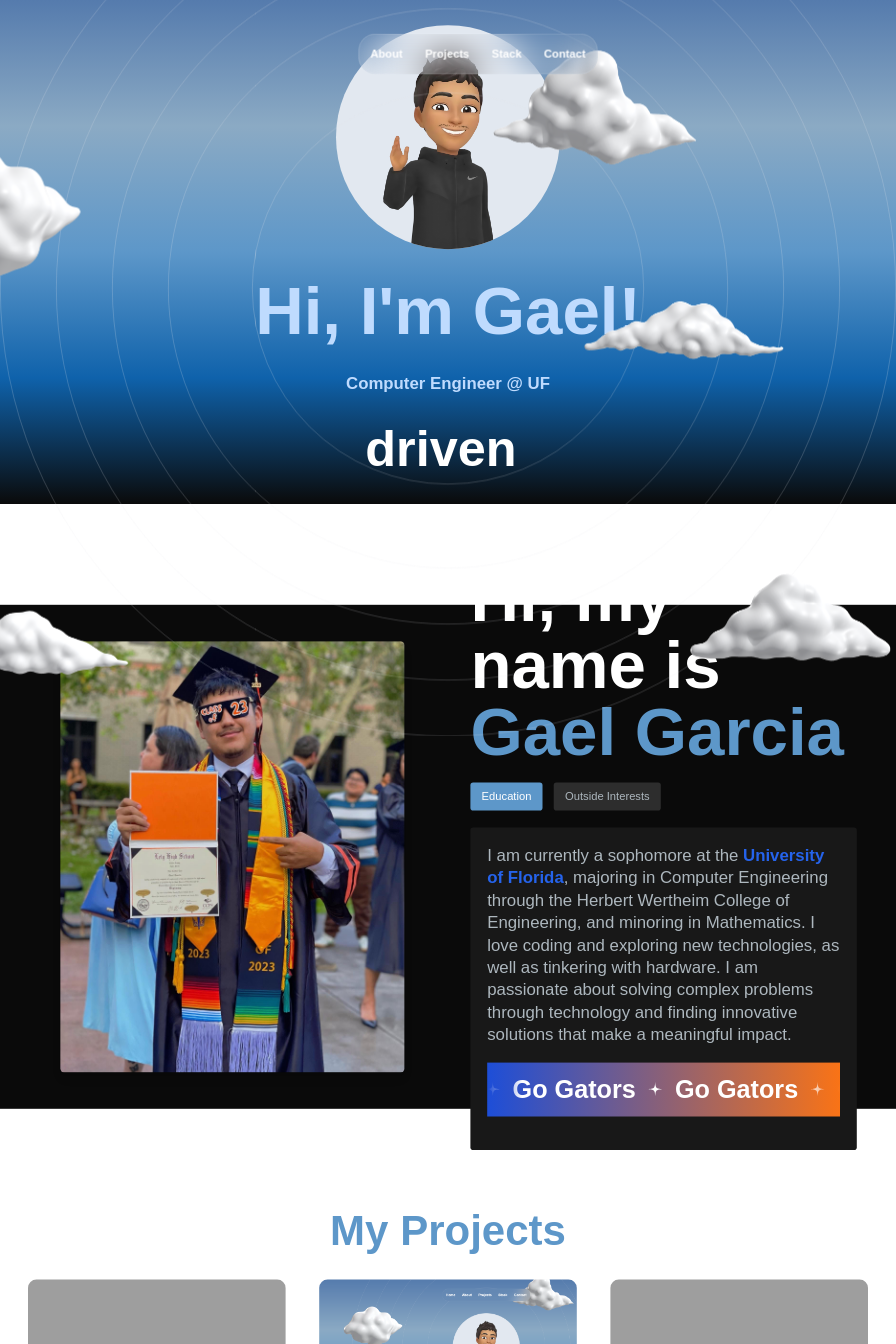
Repository: GG1627/2d-portfolio
Page: /
These files come from the project's save history. The page is drawn as it stood at one moment and after the next save; the edit follows.
The browser window is 1280 px wide. The pictures show the part of the page from y = 0 to 1920 px (the page is 5832 px tall), at 70% of full size.
Pictures or frames that could not be fetched are drawn as grey boxes. The project was rebuilt for these pictures with package versions that can differ from the ones it lists, and the page was loaded fresh each time. The framework's server and built-in components were replaced by stand-ins that run in the browser. Also part of the build but not shown: next.config.ts.

Above is the page before, as saved 2025-01-08 13:53:07.

### app/page.tsx
import { Hero } from "./sections/Hero";
import { Stack } from "./sections/Stack";
import { Projects } from "./sections/Projects";
import { Navbar } from "./sections/Navbar";
import About from "./sections/About";
import { Contact } from "./sections/Contact";

export default function Home() {
  return (
    <div>
      <Navbar />
      <Hero />
      <About />
      <Projects />
      <Stack />
      <Contact />
    </div>
  );
}

### app/globals.css
@tailwind base;
@tailwind components;
@tailwind utilities;

:root {
  --background: #ffffff;
  --foreground: #171717;
}

@media (prefers-color-scheme: dark) {
  :root {
    --background: #0a0a0a;
    --foreground: #ededed;
  }
}

body {
  color: var(--foreground);
  background: var(--background);
  font-family: Arial, Helvetica, sans-serif;
}

/* Custom Animation for Sliding Text */
@keyframes move-left {
  0% {
    transform: translateX(0%);
  }
  100% {
    transform: translateX(-50%);
  }
}

.animate-slide-left {
  animation: move-left 10s linear infinite;
}

### app/sections/Hero.tsx
"use client";
import Image from "next/image";
import { TypeAnimation } from "react-type-animation";
import React from "react";
import ParallaxClouds from "../components/Clouds";
import Avatar from "./../assets/avatar.png";

export const Hero = () => {
  return (
    <div
      style={{
        background:
          "linear-gradient(180deg, #557BAD, #8BAAC4, #5D97C9, #0F62AB, #0a0a0a)",
      }}
      className="overflow-x-clip min-h-screen pb-2 flex items-center justify-center relative"
      id="Home"
    >
      <div className="container mx-auto space-y-10 flex items-center justify-center flex-col text-center">
        <div className="w-[320px] h-[320px] rounded-full overflow-hidden bg-slate-200">
          <Image
            src={Avatar}
            alt="avatar"
            className="object-cover"
            width={320}
            height={320}
          />
        </div>
        <h1 className="text-blue-200 font-extrabold text-8xl">Hi, I'm Gael!</h1>
        <p className="text-blue-200 text-2xl font-semibold max-w-[500px]">
          Computer Engineer @ UF
        </p>
        <TypeAnimation
          className="text-7xl text-white inline-block font-extrabold"
          wrapper="h1"
          cursor={true}
          repeat={Infinity}
          sequence={[
            "leader",
            1000,
            "creative",
            1000,
            "passionate",
            1000,
            "driven",
            1000,
            "adaptable",
            1000,
            "ambitious",
            1000,
          ]}
        />
        <ParallaxClouds />
      </div>
    </div>
  );
};

### app/sections/Stack.tsx
"use client";
import React, { useEffect } from "react";
import {
  SiReact,
  SiNodedotjs,
  SiCplusplus,
  SiPython,
  SiThreedotjs,
  SiNextdotjs,
  SiFirebase,
  SiRedux,
  SiJavascript,
  SiTypescript,
} from "react-icons/si";
import { motion, useAnimation } from "framer-motion";
import { useInView } from "react-intersection-observer";

const stackItems = [
  {
    id: 1,
    name: "C++",
    icon: <SiCplusplus size={100} />,
    color: "text-sky-400",
  },
  {
    id: 2,
    name: "Python",
    icon: <SiPython size={100} />,
    color: "text-sky-400",
  },
  {
    id: 3,
    name: "JavaScript",
    icon: <SiJavascript size={100} />,
    color: "text-sky-400",
  },
  {
    id: 4,
    name: "TypeScript",
    icon: <SiTypescript size={100} />,
    color: "text-sky-400",
  },
  {
    id: 5,
    name: "React",
    icon: <SiReact size={100} />,
    color: "text-sky-400",
  },
  {
    id: 6,
    name: "Node.js",
    icon: <SiNodedotjs size={100} />,
    color: "text-sky-400",
  },
  {
    id: 7,
    name: "Three.js",
    icon: <SiThreedotjs size={100} />,
    color: "text-sky-400",
  },
  {
    id: 8,
    name: "Next.js",
    icon: <SiNextdotjs size={100} />,
    color: "text-sky-400",
  },
  {
    id: 9,
    name: "Firebase",
    icon: <SiFirebase size={100} />,
    color: "text-sky-400",
  },
  {
    id: 10,
    name: "Redux",
    icon: <SiRedux size={100} />,
    color: "text-sky-400",
  },
];

const itemVariants = {
  hidden: (index: number) => ({
    opacity: 0,
    x: index % 2 === 0 ? -100 : 100,
  }),
  visible: {
    opacity: 1,
    x: 0,
    transition: {
      duration: 3,
    },
  },
};

export const Stack = () => {
  const controls = useAnimation();
  const [ref, inView] = useInView({
    threshold: 0.1,
  });

  useEffect(() => {
    if (inView) {
      controls.start("visible");
    } else {
      controls.start("hidden");
    }
  }, [controls, inView]);

  return (
    <section className="" id="Stack">
      <div className=" max-w-[250px] mx-auto text-center">
        <h2 className="text-7xl text-gray-200 font-bold mb-10">My Stack</h2>
        <div className="grid gap-8" ref={ref}>
          {stackItems.map((item, index) => (
            <motion.div
              key={item.id}
              custom={index}
              initial="hidden"
              animate={controls}
              variants={itemVariants}
              className="bg-white/10 flex justify-center items-center flex-row rounded-xl shadow-lg p-4 hover:shadow-2xl"
            >
              <div className={`mb-4 ${item.color}`}>{item.icon}</div>
              <p className="text-white/20 text-3xl transform rotate-[-90deg]">
                {item.name}
              </p>
            </motion.div>
          ))}
        </div>
      </div>
    </section>
  );
};

### app/sections/Projects.tsx
import React from "react";
import ProjectCard from "../components/ProjectCard";

const projectsData = [
  {
    id: 1,
    title: "3D Portfolio",
    description:
      "An immersive, fully interactive 3D portfolio that seamlessly integrates 2D elements, providing a dynamic and engaging experience for users to explore the app in a visually compelling environment.",
    image: "images/netflix.png",
    tag: ["All", "Web"],
    gitUrl: "/",
    previewUrl: "/",
    tools: [
      "TypeScript",
      "React",
      "React-Three-Fiber",
      "Three.js",
      "GSAP",
      "HTML",
      "CSS",
    ],
  },
  {
    id: 2,
    title: "2D Portfolio",
    description:
      "A dynamic portfolio featuring engaging animations, designed to serve as a 2D component within my 3D portfolio project.",
    image: "images/two-portfolio.png",
    tag: ["All", "Web"],
    gitUrl: "/",
    previewUrl: "/",
    tools: [
      "TypeScript",
      "React",
      "Next.js",
      "Framer Motion",
      "Parallax",
      "HTML",
      "Tailwind CSS",
      "Vercel",
    ],
  },
  {
    id: 3,
    title: "Netflix Clone",
    description:
      "Developed a fully functional Netflix clone with user authentication, movie browsing, subscription management, and recurring payments, delivering an immersive streaming experience.",
    image: "images/netflix.png",
    tag: ["All", "Web"],
    gitUrl: "https://github.com/GG1627/Netflix-clone",
    previewUrl: "https://movieappv2-8361c.web.app/",
    tools: [
      "JavaScript",
      "React",
      "Redux",
      "Firebase",
      "Stripe",
      "API",
      "HTML",
      "CSS",
    ],
  },
  {
    id: 4,
    title: "Game Twin",
    description:
      "Developed a web application that uses Quick Sort and Cocktail Sort algorithms to provide personalized video game recommendations based on parameters such as Metacritic ratings and achievements, leveraging a dataset of over 470,000 games.",
    image: "images/gameTwin.png",
    tag: ["All", "Web"],
    gitUrl: "https://github.com/GG1627/Game-Twin",
    previewUrl: "https://game-twin.onrender.com/",
    tools: ["C++", "Python", "Django", "Flask", "HTML", "CSS"],
  },
  {
    id: 5,
    title: "Manim Data Structures",
    description:
      "Collaborating on an open-source project to develop a Python plugin with the Manim library for animating and visualizing data structures, enhancing the understanding of complex algorithms.",
    image: "images/manim.png",
    tag: ["All", "Web"],
    gitUrl: "https://github.com/ufosc/manim-data-structures",
    previewUrl: "",
    tools: ["Python", "Manim", "Mobjects"],
  },
  {
    id: 6,
    title: "Minesweeper",
    description:
      "Recreated the classic Minesweeper game with full functionality, including a timer, mine count, flag placement, and leaderboard, offering an engaging and complete user experience.",
    image: "images/minesweeper.png",
    tag: ["All", "Web"],
    gitUrl: "https://github.com/GG1627/MineSweeper",
    previewUrl: "",
    tools: ["C++", "SFML", "Chronos"],
  },
];

export const Projects = () => {
  return (
    <>
      <h2
        className="text-center text-6xl font-bold text-[#5D97C9] mt-4 mb-10"
        id="Projects"
      >
        My Projects
      </h2>
      <div className="grid md:grid-cols-3 gap-8 md:gap-12 px-10">
        {projectsData.map((project) => (
          <ProjectCard
            key={project.id}
            title={project.title}
            description={project.description}
            imgUrl={project.image}
            gitUrl={project.gitUrl}
            previewUrl={project.previewUrl}
            tools={project.tools}
          />
        ))}
      </div>
    </>
  );
};

### app/sections/Navbar.tsx
"use client";
import React, { useState } from "react";
import { AiOutlineMenu, AiOutlineClose } from "react-icons/ai";
import { motion } from "framer-motion";

const navLinks = [
  // { title: "Home", path: "#Home" },
  { title: "About", path: "#About" },
  { title: "Projects", path: "#Projects" },
  { title: "Stack", path: "#Stack" },
  { title: "Contact", path: "#Contact" },
];

export const Navbar = () => {
  const [nav, setNav] = useState(false);

  const toggleNav = () => {
    setNav(!nav);
  };

  const closeNav = () => {
    setNav(false);
  };

  const menuVariants = {
    open: {
      x: 0,
      transition: {
        stiffness: 20,
        damping: 15,
      },
    },
    close: {
      x: "-100%",
      transition: {
        stiffness: 20,
        damping: 15,
      },
    },
  };

  return (
    <div className="z-50 fixed left-[40%] text-white font-bold">
      <div className="border border-white/20 mt-12 backdrop-blur-xl rounded-3xl hidden md:flex items-center justify-center p-2 max-w-[450px] mx-auto">
        <ul className="flex flex-row p-2 space-x-8">
          {navLinks.map((link, index) => (
            <li key={index}>
              <a
                href={link.path}
                className="transform hover:skew-x-12 hover:text-white/50 transition-all duration-300 ease-in-out"
              >
                {link.title}
              </a>
            </li>
          ))}
        </ul>
      </div>

      <div
        onClick={toggleNav}
        className="z-50 md:hidden absolute top-5 left-5 border rounded text-white/70 border-white/70 p-2"
      >
        {nav ? <AiOutlineClose size={30} /> : <AiOutlineMenu size={30} />}
      </div>

      <motion.div
        initial={false}
        animate={nav ? "open" : "closed"}
        variants={menuVariants}
        className="fixed left-0 top-0 w-full h-full bg-black/90 hidden md:hidden"
      >
        <ul className="flex flex-col items-center justify-center space-y-8 h-full">
          {navLinks.map((link, index) => (
            <li key={index}>
              <a href={link.path} onClick={closeNav} className="text-5xl">
                {link.title}
              </a>
            </li>
          ))}
        </ul>
      </motion.div>
    </div>
  );
};

### app/sections/Contact.tsx
export const Contact = () => {
  return <div className="w-full h-screen">Contact</div>;
};

### app/components/Clouds.tsx
import React, { useEffect, useState } from "react";
import Cloud1 from "./../assets/cloud1.png";
import Cloud2 from "./../assets/cloud2.png";
import Cloud3 from "./../assets/cloud3.png";
import Cloud4 from "./../assets/cloud4.png";
import Cloud5 from "./../assets/cloud5.png";
import Image from "next/image";
import { Circles } from "./Circles";

const ParallaxClouds = () => {
  const [mousePosition, setMousePosition] = useState({ x: 0, y: 0 });
  const [cloudsPosition, setCloudsPosition] = useState({
    cloud1: { x: 0, y: 0 },
    cloud2: { x: 0, y: 0 },
    cloud3: { x: 0, y: 0 },
    cloud4: { x: 0, y: 0 },
    cloud5: { x: 0, y: 0 },
  });

  // Track mouse position
  const handleMouseMove = (e: MouseEvent) => {
    const { clientX, clientY } = e;
    setMousePosition({ x: clientX, y: clientY });
  };

  // Calculate cloud positions based on mouse position
  useEffect(() => {
    const updateCloudPositions = () => {
      setCloudsPosition({
        cloud1: {
          x: (mousePosition.x - window.innerWidth / 2) * 0.05,
          y: (mousePosition.y - window.innerHeight / 2) * 0.05,
        },
        cloud2: {
          x: (mousePosition.x - window.innerWidth / 2) * 0.1,
          y: (mousePosition.y - window.innerHeight / 2) * 0.1,
        },
        cloud3: {
          x: (mousePosition.x - window.innerWidth / 2) * 0.15,
          y: (mousePosition.y - window.innerHeight / 2) * 0.15,
        },
        cloud4: {
          x: (mousePosition.x - window.innerWidth / 2) * 0.2,
          y: (mousePosition.y - window.innerHeight / 2) * 0.2,
        },
        cloud5: {
          x: (mousePosition.x - window.innerWidth / 2) * 0.25,
          y: (mousePosition.y - window.innerHeight / 2) * 0.25,
        },
      });
    };

    updateCloudPositions();
  }, [mousePosition]); // Update whenever the mouse position changes

  // Add event listener for mouse movement
  useEffect(() => {
    window.addEventListener("mousemove", handleMouseMove);

    // Clean up the event listener
    return () => {
      window.removeEventListener("mousemove", handleMouseMove);
    };
  }, []);

  return (
    <div className="absolute top-[-35%] left-[50%] w-[78rem] -translate-x-1/2 aspect-square">
      <Circles />
      <Image
        src={Cloud1}
        alt="cloud 1"
        className="absolute"
        style={{
          left: `calc(-7% + ${cloudsPosition.cloud1.x}px)`,
          top: `calc(80% + ${cloudsPosition.cloud1.y}px)`,
          width: "300px", // Make the cloud smaller
          transition: "transform 0.1s ease-out",
        }}
      />
      <Image
        src={Cloud2}
        alt="cloud 2"
        className="absolute"
        style={{
          left: `calc(60% + ${cloudsPosition.cloud2.x}px)`,
          top: `calc(20% + ${cloudsPosition.cloud2.y}px)`,
          width: "300px", // Make the cloud smaller
          transition: "transform 0.1s ease-out",
        }}
      />
      <Image
        src={Cloud3}
        alt="cloud 3"
        className="absolute"
        style={{
          left: `calc(85% + ${cloudsPosition.cloud3.x}px)`,
          top: `calc(80% + ${cloudsPosition.cloud3.y}px)`,
          width: "300px", // Make the cloud smaller
          transition: "transform 0.1s ease-out",
        }}
      />
      <Image
        src={Cloud4}
        alt="cloud 4"
        className="absolute"
        style={{
          left: `calc(-5% + ${cloudsPosition.cloud4.x}px)`,
          top: `calc(35% + ${cloudsPosition.cloud4.y}px)`,
          width: "300px", // Make the cloud smaller
          transition: "transform 0.1s ease-out",
        }}
      />
      <Image
        src={Cloud5}
        alt="cloud 5"
        className="absolute"
        style={{
          left: `calc(78% + ${cloudsPosition.cloud5.x}px)`,
          top: `calc(50% + ${cloudsPosition.cloud5.y}px)`,
          width: "300px", // Make the cloud smaller

          transition: "transform 0.1s ease-out",
        }}
      />
    </div>
  );
};

export default ParallaxClouds;

### app/components/ProjectCard.tsx
"use client";
import React from "react";
import { CodeBracketIcon, EyeIcon } from "@heroicons/react/24/outline";
import Link from "next/link";

interface ProjectCardProps {
  imgUrl: string;
  title: string;
  description: string;
  gitUrl: string;
  previewUrl: string;
  tools: string[]; // tools as an array of strings
}

const ProjectCard: React.FC<ProjectCardProps> = ({
  imgUrl,
  title,
  description,
  gitUrl,
  previewUrl,
  tools,
}) => {
  return (
    <div>
      <div
        className="h-52 md:h-72 rounded-t-xl relative group"
        style={{ background: `url(${imgUrl})`, backgroundSize: "cover" }}
      >
        <div className="overlay items-center justify-center absolute top-0 left-0 w-full h-full bg-[#181818] bg-opacity-0 hidden group-hover:flex group-hover:bg-opacity-80 transition-all duration-500">
          <Link
            href={gitUrl}
            className="h-14 mr-2 w-14 border-2 relative rounded-full border-[#ADB7BE] hover:border-white group/link"
          >
            <CodeBracketIcon className="h-10 w-10 text-[#ADB7BE] absolute top-1/2 left-1/2 transform -translate-x-1/2 -translate-y-1/2 cursor-pointer group-hover/link:text-white" />
          </Link>
          {previewUrl && (
            <Link
              href={previewUrl}
              className="h-14 w-14 border-2 relative rounded-full border-[#ADB7BE] hover:border-white group/link"
            >
              <EyeIcon className="h-10 w-10 text-[#ADB7BE] absolute top-1/2 left-1/2 transform -translate-x-1/2 -translate-y-1/2 cursor-pointer group-hover/link:text-white" />
            </Link>
          )}
        </div>
      </div>
      <div className="text-white rounded-b-xl mt-2 bg-[#0a0a0a] py-6 px-4">
        <h5 className="text-xl font-semibold mb-2 text-[#5D97C9]">{title}</h5>
        <p className="text-[#ADB7BE]">{description}</p>
        {/* Tools section */}
        <div className="mt-4">
          <h6 className="text-[#ADB7BE] font-semibold mb-2">Tools Used:</h6>
          <div className="flex flex-wrap gap-2">
            {tools.map((tool, index) => (
              <span
                key={index}
                className="bg-[#5D97C9] bg-opacity-[10%] text-[#5D97C9] px-4 py-1 rounded-full text-sm"
              >
                {tool}
              </span>
            ))}
          </div>
        </div>
      </div>
    </div>
  );
};

export default ProjectCard;

### app/components/Circles.tsx
export const Circles = () => {
  return (
    <>
      <div className="aspect-square absolute opacity-30 top-1/2 left-1/2 w-[60rem] border rounded-full -translate-x-1/2 -translate-y-1/2"></div>
      <div className="aspect-square absolute opacity-30 top-1/2 left-1/2 w-[50rem] border rounded-full -translate-x-1/2 -translate-y-1/2"></div>
      <div className="aspect-square absolute opacity-30 top-1/2 left-1/2 w-[35rem] border rounded-full -translate-x-1/2 -translate-y-1/2"></div>
      {/* <div className="aspect-square absolute opacity-30 top-1/2 left-1/2 w-[20rem] border rounded-full -translate-x-1/2 -translate-y-1/2"></div> */}
      <div className="aspect-square absolute opacity-30 top-1/2 left-1/2 w-[70rem] border rounded-full -translate-x-1/2 -translate-y-1/2"></div>
      <div className="aspect-square absolute opacity-30 top-1/2 left-1/2 w-[80rem] border rounded-full -translate-x-1/2 -translate-y-1/2"></div>
    </>
  );
};

### tailwind.config.ts
import type { Config } from "tailwindcss";

export default {
  content: [
    "./pages/**/*.{js,ts,jsx,tsx,mdx}",
    "./components/**/*.{js,ts,jsx,tsx,mdx}",
    "./app/**/*.{js,ts,jsx,tsx,mdx}",
  ],
  theme: {
    extend: {
      colors: {
        background: "var(--background)",
        foreground: "var(--foreground)",
      },
      animation: {
        "move-left": "move-left 10s linear infinite",
      },

      keyframes: {
        "move-left": {
          "0%": {
            transform: "translateX(0%)",
          },
          "100%": {
            transform: "translateX(-50%)",
          },
        },
      },
    },
    screens: {
      sm: "640px",
      md: "768px",
      lg: "1024px",
      xl: "1280px",
    },
  },
  plugins: [],
} satisfies Config;

Loaded but not shown: app/layout.tsx (common file); app/sections/About.tsx (140 lines, source omitted)

After the next save:
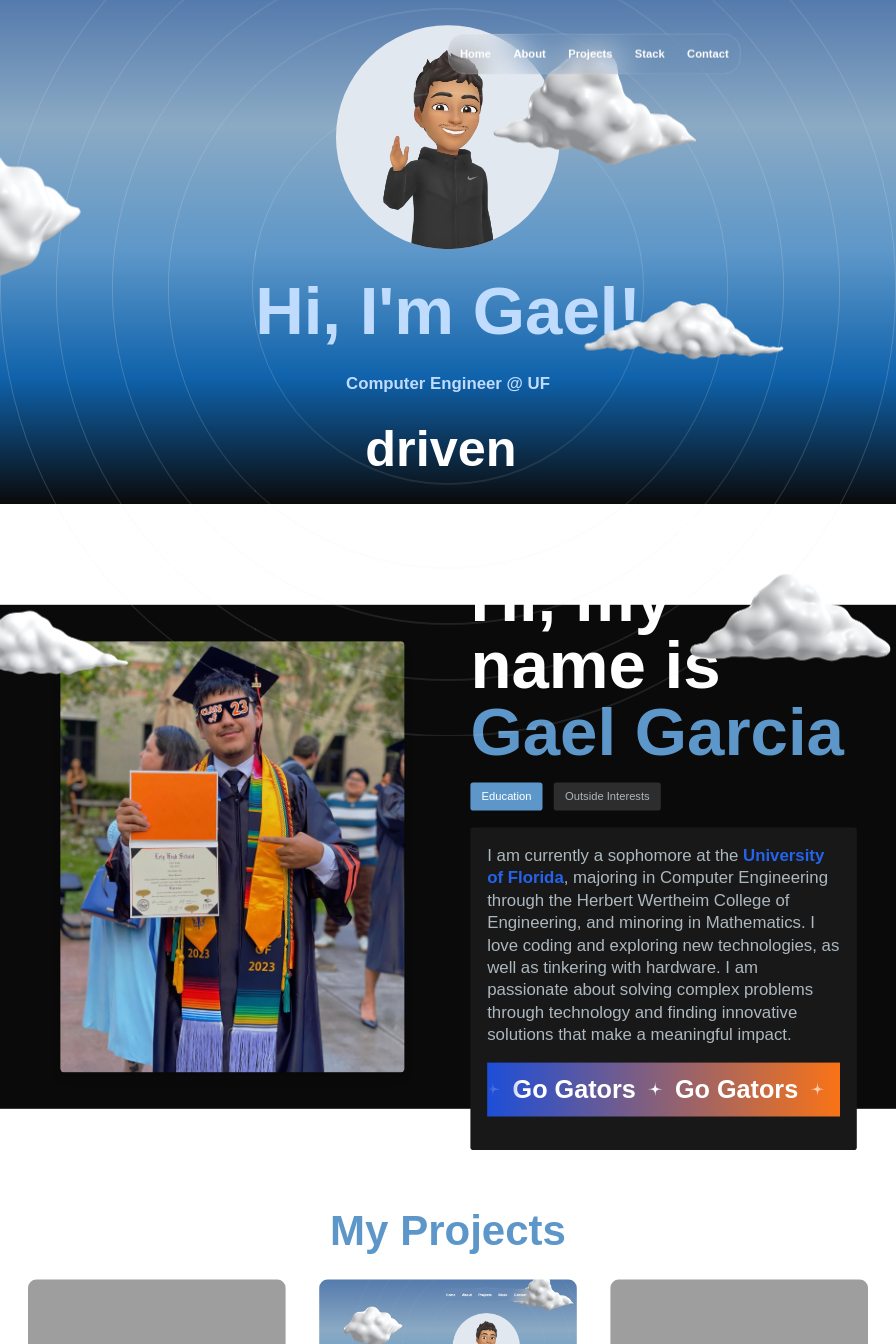
Saved 16 s later.
--- a/app/sections/Navbar.tsx
+++ b/app/sections/Navbar.tsx
@@ -4,7 +4,7 @@
 import { motion } from "framer-motion";
 
 const navLinks = [
-  // { title: "Home", path: "#Home" },
+  { title: "Home", path: "#Home" },
   { title: "About", path: "#About" },
   { title: "Projects", path: "#Projects" },
   { title: "Stack", path: "#Stack" },
@@ -40,7 +40,7 @@
   };
 
   return (
-    <div className="z-50 fixed left-[40%] text-white font-bold">
+    <div className="z-50 fixed left-[50%] text-white font-bold">
       <div className="border border-white/20 mt-12 backdrop-blur-xl rounded-3xl hidden md:flex items-center justify-center p-2 max-w-[450px] mx-auto">
         <ul className="flex flex-row p-2 space-x-8">
           {navLinks.map((link, index) => (
